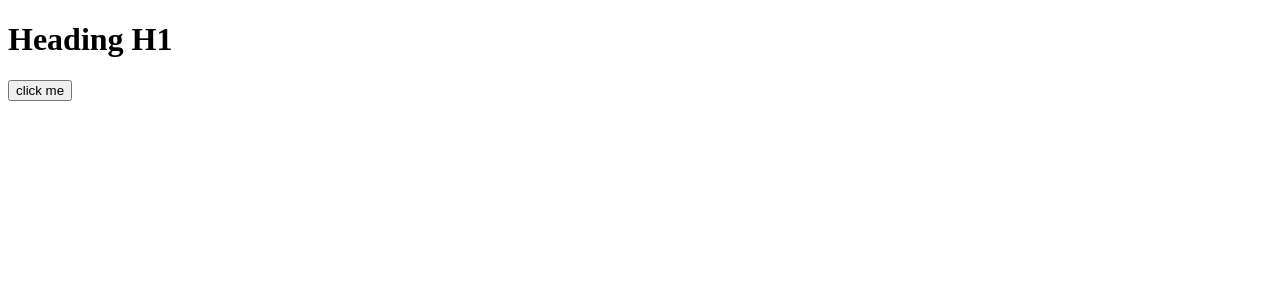
Repository: Solankinikhil/DailyWork
Page: eclipse-workspace/javaScriptExamples/WebContent/checkwebpagetype.html
The author's editor kept a copy of each file at every save. The page is drawn from the files as they stood at one save, then again after the next save.
The browser window is 1280 px wide. The pictures show the whole page.

Above is the page before, as saved 2020-03-12 05:56:09.
Console error: SyntaxError: Unexpected token '{'

After the next save:
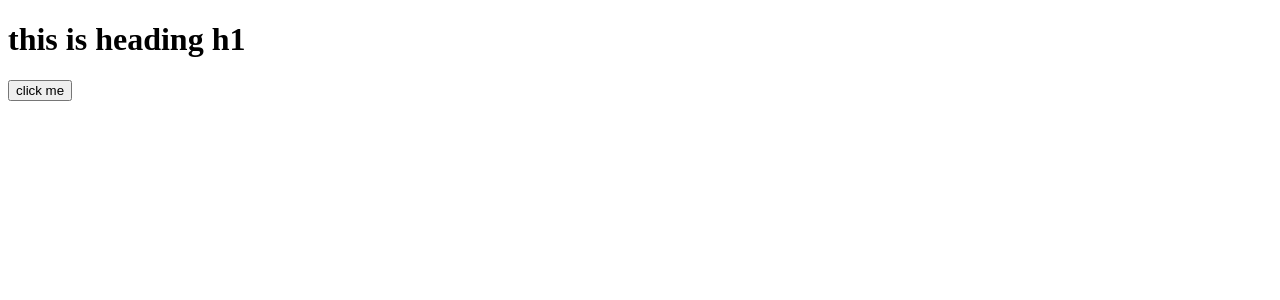
The error is gone.
Saved 3 min 39 s later.
--- a/eclipse-workspace/javaScriptExamples/WebContent/checkwebpagetype.html
+++ b/eclipse-workspace/javaScriptExamples/WebContent/checkwebpagetype.html
@@ -2,23 +2,20 @@
 <html>
 <head>
 <meta charset="ISO-8859-1">
-<title>Web page type</title>
+<title>first page title</title>
 <script type="text/javascript">
-
-function function2(){
+function function2() {
 	var marks=95;
 	return marks;
 }
-function task{
-	var marks2=function2();
-	console.log(marks2)
-
+function task() {
+	var marks2= function2();
+	console.log(marks2);
 }
-
 </script>
 </head>
 <body>
-	<h1>Heading H1</h1>
-	<input type="button" value="click me" onclick="task()"/>
+<h1>this is heading h1</h1>
+<input type="button" value="click me" onclick="task()" />
 </body>
 </html>
